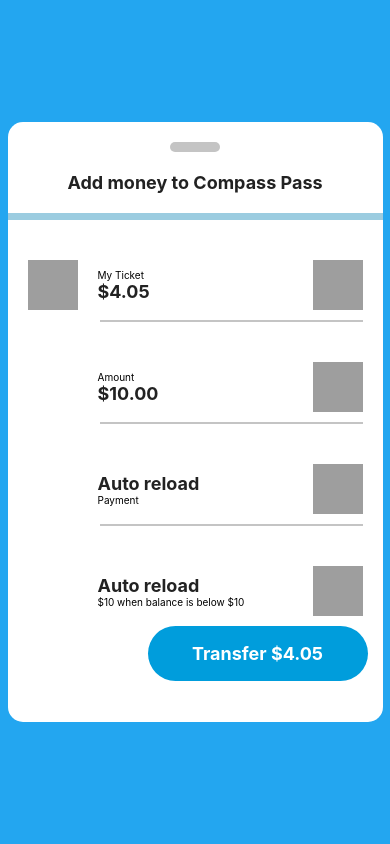
Repository: wilyyy/CompassPlus
Page: /
The author's editor kept a copy of each file at every save. The page is drawn from the files as they stood at one save, then again after the next save.
The browser window is 390 px wide. The pictures show the whole page.
Pictures or frames that could not be fetched are drawn as grey boxes. The app was drawn by React Native's web renderer in a window 390 px wide. The project was rebuilt for these pictures with package versions that can differ from the ones it lists, and the page was loaded fresh each time. Also part of the build but not shown: constants/styles.js, comps/CompassCardParent/cardManager.js, comps/CompassCardParent/transferFunds.js, comps/LinkCompassCard/index.js, comps/RideCardCont/index.js, storybook/stories/CenterView/style.js, comps/SignUpTransitCard/index.js.

Above is the page before, as saved 2021-10-30 19:53:14.

### App.js
import { StatusBar } from 'expo-status-bar';
import React, { useState } from 'react';
import { Button, StyleSheet, Text, View } from 'react-native';

import MobileCard from './comps/CompassCardParent/CardManager';
import AddFundsTab from './comps/CompassCardParent/CardManager/AddFunds';
import TransferBalanceTab from './comps/CompassCardParent/TransferFunds';
import LinkCompassCard from './comps/LinkCompassCard';
import RideCard from './comps/RideCardCont';
import SignUpTransitCard from './comps/SignUpTransitCard';

// export { default } from './storybook';

export default function App() {




  return (
    <View style={styles.container}>
      {/* <LinkCompassCard />
      <RideCard />
      <SignUpTransitCard /> */}

      {/* <MobileCard /> */}
      {/* <TransferBalanceTab /> */}
      <AddFundsTab />
      <StatusBar style="auto" />
    </View>
  );
}

const styles = StyleSheet.create({
  container: {
    flex: 1,
    backgroundColor: '#23A6F0',
    alignItems: 'center',
    justifyContent: 'center',
  },
});

### comps/CompassCardParent/CardManager/AddFunds/index.js
import React, { useState } from 'react';
import { Button, Image, StyleSheet, Switch, Text, TouchableOpacity, View } from 'react-native';
import styled from 'styled-components/native';

const Container = styled.View`
    width: 375px;
    height: 600px;
    background-color: #fff;
    border-radius: 15px;

`;

const Notch = styled.View`
    width: 50px;
    height: 10px;
    background-color: #C4C4C4;
    margin: 20px 0px 0px;
    align-self: center;
    border-radius: 50px;
`;

const Title = styled.Text`
    font-size: 18px;
    color: #222222;
    align-self: center;
    margin: 20px 0px;
    font-weight: 700;
`;

const Divider = styled.View`
    width:100%;
    height:7px;
    background-color: #9BCCE0;
    margin: 0px 0px 30px 0px;
`;

const SettingCont = styled.View`
    flex-direction: row;
    justify-content: space-between;
    align-items: center;
    width:100%;
    /* border-width: 2px;
    border-color: red; */
    padding: 5px 15px;

`;

const SettingsContLeft = styled.View`
    flex-direction: row;
    justify-content: space-between;
    align-items: center;

    /* border-width: 2px;
    border-color: blue; */
`;

const SmallCardIcon = styled.Image`
    width:50px;
    height:50px;
    margin: 5px;
`;

const TextColumn = styled.View`
    width: 200px;
    margin-left:15px;
    /* border-color: red;
    border-width: 2px; */
`;

const SmallTitle = styled.Text`
    font-size: 10px;
`;

const Amount = styled.Text`
    font-size: 18px;
    color: #222222;
    align-self: flex-start;
    font-weight: 700;
`;

const Arrow = styled.Image`
    width:50px;
    height:50px;
    margin: 5px;
    align-self: flex-end;
    /* border-color: red;
    border-width: 2px; */
`;

const Line = styled.View`
    width:70%;
    height:2px;
    background-color: #c4c4c4;
    margin: 0px 20px 30px 50px;
    align-self: flex-end;
`;

const ButtonText = styled.Text`
    font-size: 18px;
    color: #fff;
    align-self: center;
    font-weight: 700;
`;





export default function AddFundsTab({
    FromCardBalance = "$4.05",
    ToCardBalance = "$0.00",
    cardType = 'Pass',
    loadAmount = '$10.00',
    paymentType = 'Visa'
}) {

    return (
        <Container>
            <Notch />
            <Title>Add money to Compass {cardType}</Title>
            <Divider />

            {/* TO this ticket: */}

            <SettingCont>
                <SettingsContLeft>
                    <SmallCardIcon
                        source={{ uri: 'https://reactnative.dev/img/tiny_logo.png', }}
                    />
                    <TextColumn>
                        <SmallTitle>My Ticket</SmallTitle>
                        <Amount>{FromCardBalance}</Amount>
                    </TextColumn>
                </SettingsContLeft>
                <Arrow
                    source={{ uri: 'https://reactnative.dev/img/tiny_logo.png', }}
                />
            </SettingCont>

            <Line />

            {/* AMOUNT */}

            <SettingCont>
                <SettingsContLeft>
                    <SmallCardIcon
                        source={{ uri: '#', }}
                    />
                    <TextColumn>
                        <SmallTitle>Amount</SmallTitle>
                        <Amount>{loadAmount}</Amount>
                    </TextColumn>
                </SettingsContLeft>
                <Arrow
                    source={{ uri: 'https://reactnative.dev/img/tiny_logo.png', }}
                />

            </SettingCont>
            <Line />

            {/* PAYMENT */}

            <SettingCont>
                <SettingsContLeft>
                    <SmallCardIcon
                        source={{ uri: '#', }}
                    />
                    <TextColumn>
                        <Amount>Auto reload</Amount>
                        <SmallTitle>Payment</SmallTitle>

                    </TextColumn>
                </SettingsContLeft>
                <Arrow
                    source={{ uri: 'https://reactnative.dev/img/tiny_logo.png', }}
                />

            </SettingCont>
            <Line />

            {/* AUTO RELOAD */}

            {/* PAYMENT */}

            <SettingCont>
                <SettingsContLeft>
                    <SmallCardIcon
                        source={{ uri: '#', }}
                    />
                    <TextColumn>
                        <Amount>Auto reload</Amount>
                        <SmallTitle>$10 when balance is below $10</SmallTitle>
                    </TextColumn>
                </SettingsContLeft>
                <Arrow
                    source={{ uri: 'https://reactnative.dev/img/tiny_logo.png', }}
                />

            </SettingCont>

            <TouchableOpacity
                style={styles.TransferButton}
            >
                <ButtonText>Transfer {FromCardBalance}</ButtonText>
            </TouchableOpacity>

        </Container>
    )

};



const styles = StyleSheet.create({
    TransferButton: {
        backgroundColor: '#009DDc',
        color: 'blue',
        width: 220,
        height: 55,
        borderRadius: 50,
        alignSelf: 'flex-end',
        right: 15,
        justifyContent: 'center'
    }
})

After the next save:
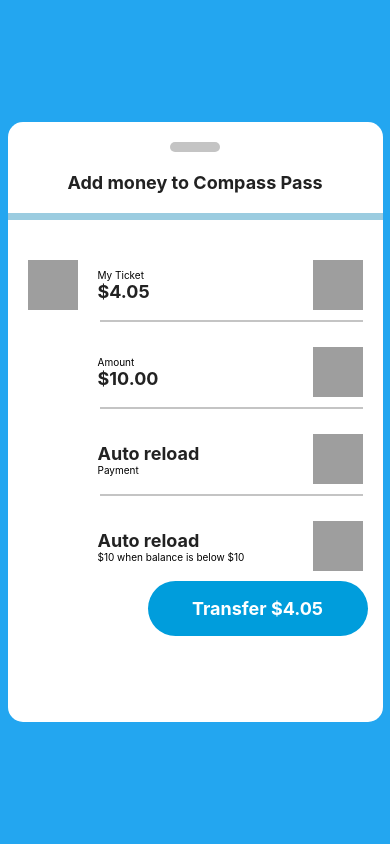
Saved 33 s later.
--- a/comps/CompassCardParent/CardManager/AddFunds/index.js
+++ b/comps/CompassCardParent/CardManager/AddFunds/index.js
@@ -91,7 +91,7 @@
     width:70%;
     height:2px;
     background-color: #c4c4c4;
-    margin: 0px 20px 30px 50px;
+    margin: 0px 20px 15px 50px;
     align-self: flex-end;
 `;
 
